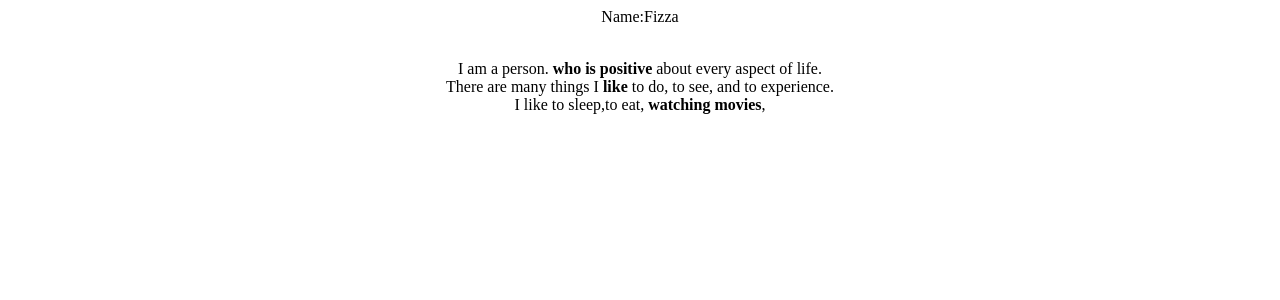
Repository: Fizza-112/portfolio
Page: html3.html
The author's editor kept a copy of each file at every save. The page is drawn from the files as they stood at one save, then again after the next save.
The browser window is 1280 px wide. The pictures show the whole page.

Above is the page before, as saved 2024-08-18 10:56:02.

### html3.html
<!DOCTYPE html>
<html lang="en">
<head>
    <meta charset="UTF-8">
    <meta name="viewport" content="width=device-width, initial-scale=1.0">
    <title>Document</title>
</head>
<style>
    header{
        text-align: center;
    }
    p{
        text-align:center;
    }
</style>
<body>
    <header>Name:Fizza</header>
    <p> <br>I am a person. <b>who is positive</b> about every aspect of life.<br>
        There are many things I <b>like</b> to do, to see, and to experience.<br> I like to sleep,to eat, <b>watching movies</b>,
</p>
    <nav></nav>
    <footer>

    </footer>
</body>
</html>

After the next save:
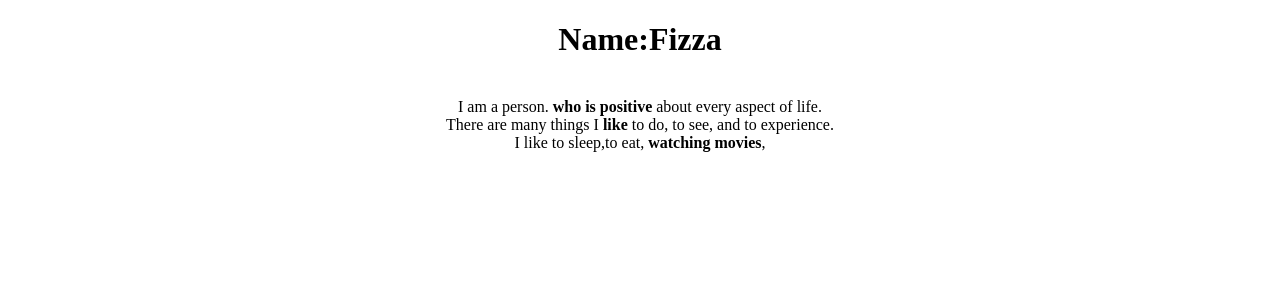
Saved 2 min 50 s later.
--- a/html3.html
+++ b/html3.html
@@ -14,10 +14,13 @@
     }
 </style>
 <body>
-    <header>Name:Fizza</header>
+
+    <header>
+        <h1>Name:Fizza</h1>
     <p> <br>I am a person. <b>who is positive</b> about every aspect of life.<br>
         There are many things I <b>like</b> to do, to see, and to experience.<br> I like to sleep,to eat, <b>watching movies</b>,
 </p>
+</header>
     <nav></nav>
     <footer>
 
